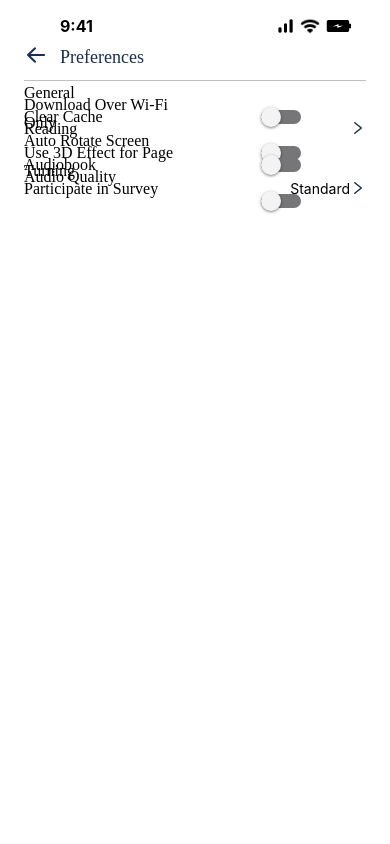
Repository: tnmod/Erabook
Screen: / (app in app/)
An editor plug-in stored every save of this project. The screen is shown before and after the next save, followed by the edit.
The app was drawn by React Native's web renderer in a window 390 px wide. The project was rebuilt for these pictures with package versions that can differ from the ones it lists, and the page was loaded fresh each time. Imported but missing from the stored project, and not drawn on this page: app/src/redux/features/CounterAPI.

Above is the screen before, as saved 2023-05-25 19:19:26.

After the next save:
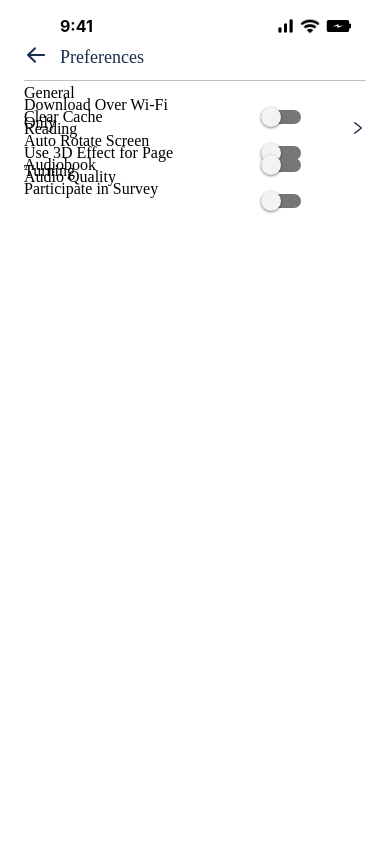
Saved 14 s later.
--- a/app/src/screens/Preferences/Preferences.tsx
+++ b/app/src/screens/Preferences/Preferences.tsx
@@ -69,8 +69,7 @@ const Notification: React.FC = () => {
                     </TouchableOpacity>
                     <TouchableOpacity style={[styles.container1]}>
                         <Text style={[styles.text3]}>Audio Quality </Text>
-                        <Text>Standard</Text>
-                        <Icon size={16} name='right' color={'#192e51'} />
+
                     </TouchableOpacity>
                     <TouchableOpacity style={[styles.container1]}>
                         <Text style={[styles.text3]}>Participate in Survey</Text>
